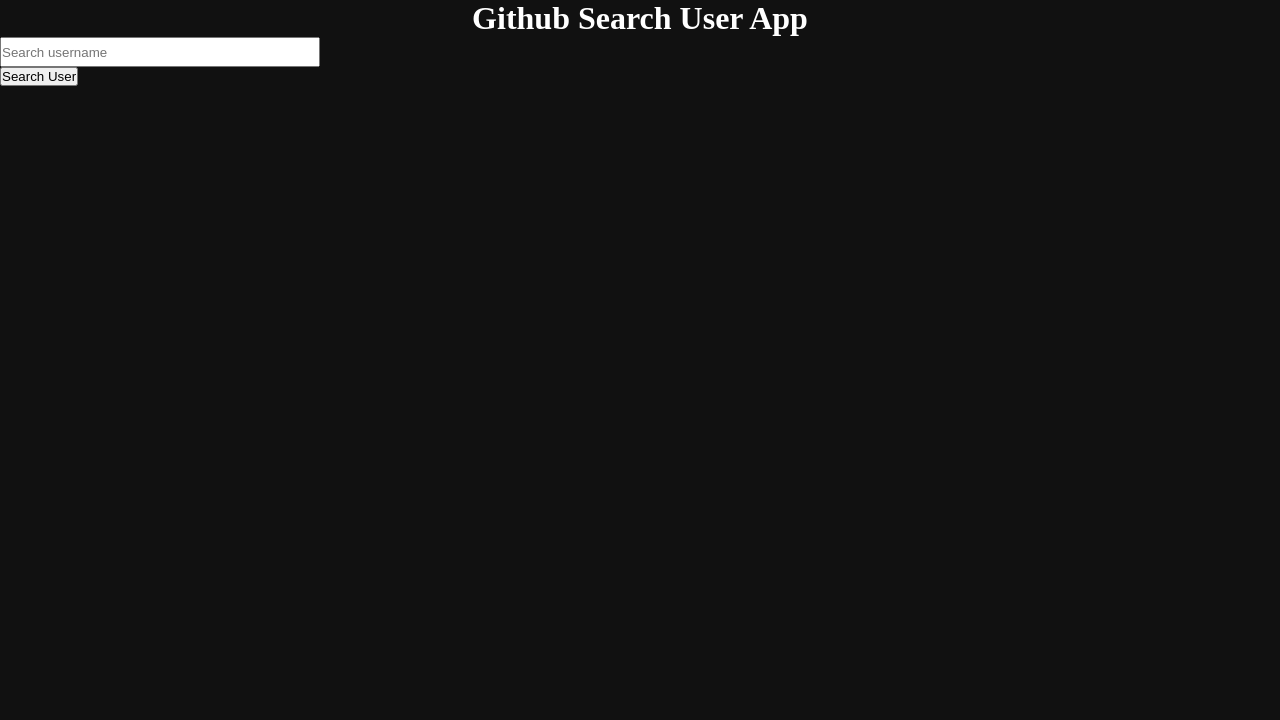
Repository: solox-cyber/Github-search-user
Page: index.html
These files come from the project's save history. The page is drawn as it stood at one moment and after a run of saves; the edit follows.
The browser window is 1280 px wide. The pictures show the whole page.

Above is the page before, as saved 2023-03-25 18:23:09.

After the next 2 saves:
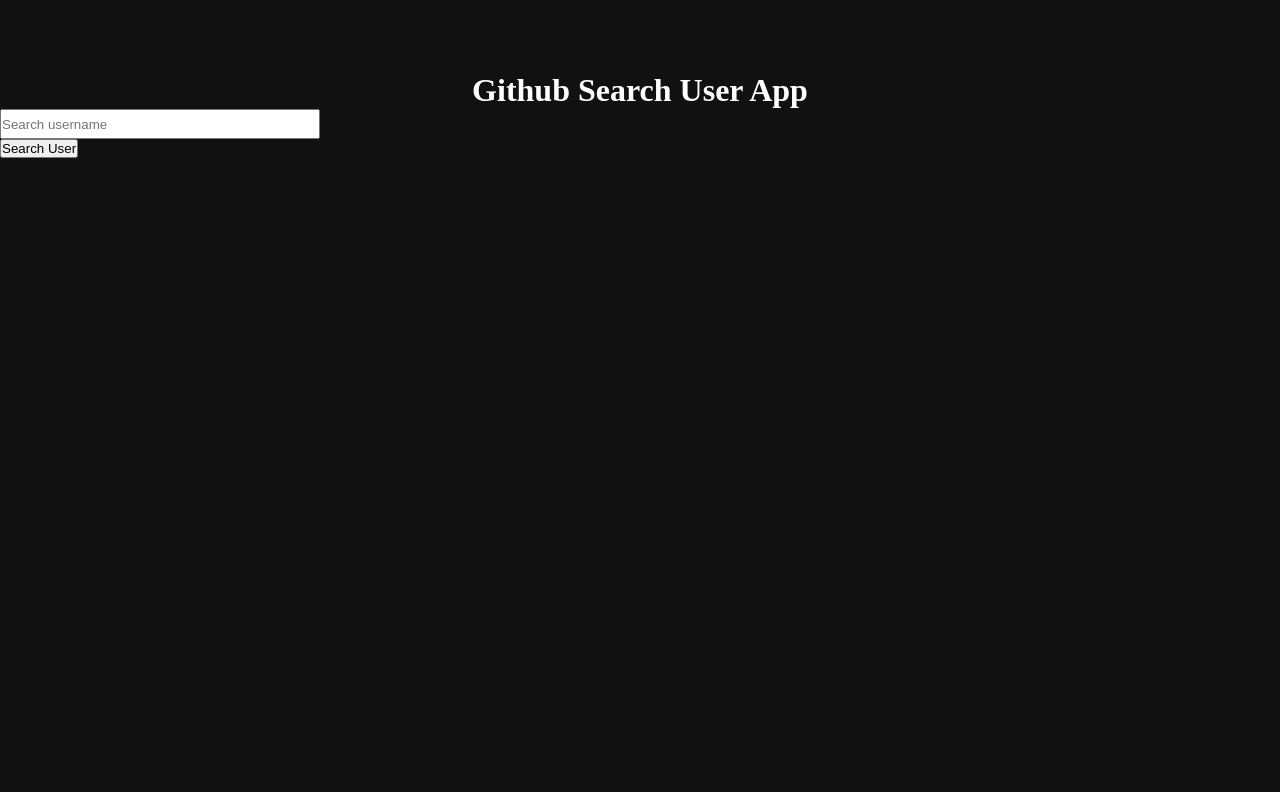
The 2 saves are shown as one change because they came seconds apart.
The last was saved 9 s later.
--- a/style.css
+++ b/style.css
@@ -13,6 +13,7 @@
     display: block;
     height: 100vh;
     width: 100%;
+    top:10%;
 }
 
 .container h1{
